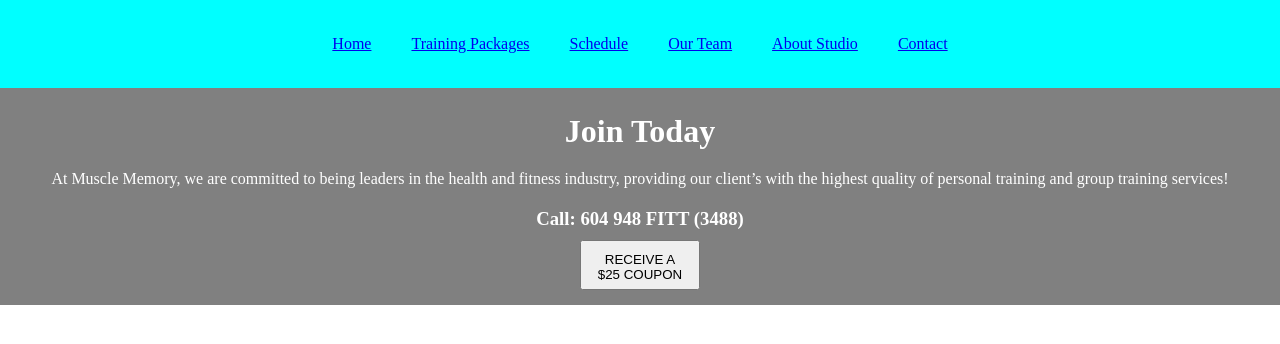
Repository: MujtabaHabib/muscle-memory-website
Page: index.html
An editor plug-in stored every save of this project. The page is shown before and after a run of saves, followed by the edit.
The browser window is 1280 px wide. The pictures show the whole page.

Above is the page before, as saved 2026-01-27 02:16:45.

### index.html
<!DOCTYPE html>
<html lang="en">

<head>
    <meta charset="UTF-8">
    <meta name="viewport" content="width=device-width, initial-scale=1.0">
    <title>Muscle Memory</title>
    <link rel="stylesheet" href="style.css">
</head>

<body>
    <div class="container">
        <nav class="nav">
            <ul class="list">
                <li><a href="#">Home</a></li>
                <li><a href="#">Training Packages</a></li>
                <li><a href="#">Schedule</a></li>
                <li><a href="#">Our Team</a></li>
                <li><a href="#">About Studio</a></li>
                <li><a href="#">Contact</a></li>
            </ul>
        </nav>
        <div class="details">
            <h1>Join Today</h1>
            <p>At Muscle Memory, we are committed to being leaders in the health and fitness industry,
                providing our client’s with the highest quality of personal training and group training
                services!</p>

            <h3>Call: 604 948 FITT (3488)</h3>
            <button>RECEIVE A $25 COUPON</button>
        </div>
    </div>

</body>

</html>

### style.css
*{
    margin: 0;
    padding: 0;

}

/* .container{
    background-image: url(gym.jpg);
    background-repeat: no-repeat;
    background-size: cover;
    height: 100vh;
} */

.list {
    display: flex;
    color: white;
    padding: 15px;
    justify-content: center;
    align-items: center;
    background-color: cyan;
    margin: 0px;
}

.list li{
    padding:20px;
    list-style-type: none;

}

/* .card{
    display: flex;
    width: fit-content;
    height: 400%;
    width: 100%;
} */

.details{
    text-align: center;
    background-color: gray;
    overflow: hidden;
    padding: 15px 15px 15px;
    color:white;


}
.details button{
    height:50px;
    width: 120px;

}
.details h1
,h3,p,button{
    padding: 10px 15px 10px;


}

After the next 2 saves:
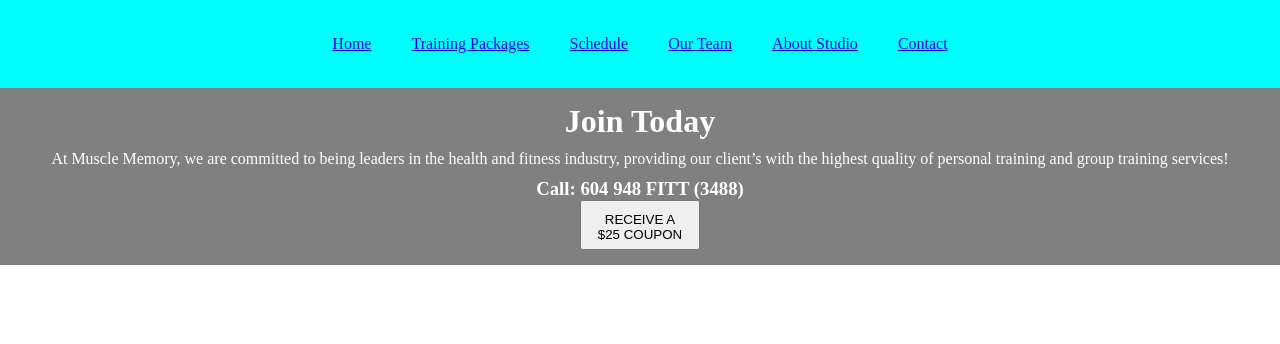
The 2 saves are shown as one change because they came seconds apart.
The last was saved 5 s later.
--- a/style.css
+++ b/style.css
@@ -49,7 +49,7 @@
 
 }
 .details h1
-,h3,p,button{
+.details,p,button{
     padding: 10px 15px 10px;
 
 
